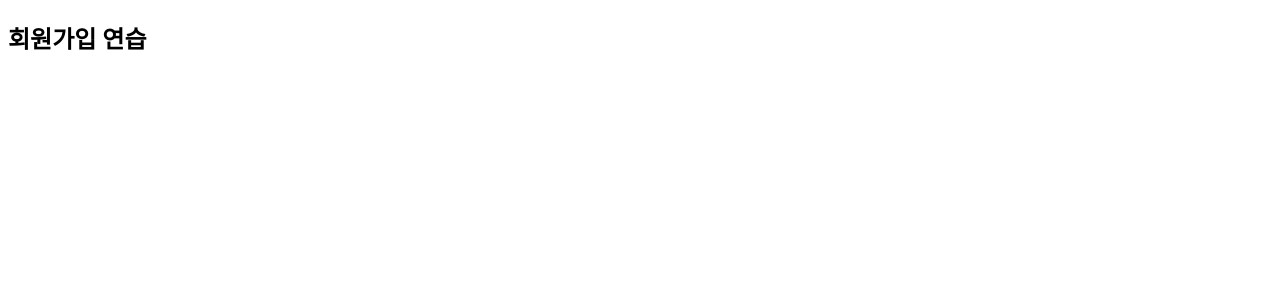
Repository: huntingforheat/JavaProject
Page: http://localhost/JDBC/join.jsp
An editor plug-in stored every save of this project. The page is shown before and after the next save, followed by the edit.
The browser window is 1280 px wide. The pictures show the whole page.
The page is served by Tomcat 9. Other server files are loaded and not shown.

Above is the page before, as saved 2024-04-11 04:11:42.

### JDBC/src/main/webapp/join.jsp
<%@ page language="java" contentType="text/html; charset=UTF-8"
    pageEncoding="UTF-8"%>
<!DOCTYPE html>
<html>
	<head>
		<meta charset="UTF-8">
		<title>join.jsp</title>
	</head>
	<body>
		<h2>회원가입 연습</h2>
		<form action="join_ok" method = "post">

		</form>
	</body>
</html>

After the next save:
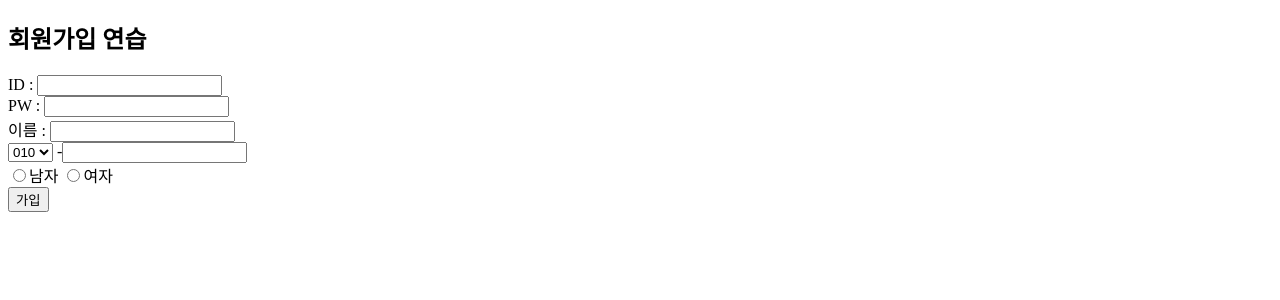
Saved 4 min 50 s later.
--- a/JDBC/src/main/webapp/join.jsp
+++ b/JDBC/src/main/webapp/join.jsp
@@ -9,7 +9,20 @@
 	<body>
 		<h2>회원가입 연습</h2>
 		<form action="join_ok" method = "post">
-
+			ID : <input type="text" name = "id" size = "20"><br>
+			PW : <input type = "password" name = "pw" size = "20"><br>
+			이름 : <input type = "text" name = "name" size = "20"><br>
+			<select name = "phone1">
+				<option>010</option>
+				<option>011</option>
+				<option>018</option>
+			</select>
+			-<input type = "text" name = "phone2">
+			<br>
+			<input type = "radio" name = "gender" value = "m">남자
+			<input type = "radio" name = "gender" value = "w">여자
+			<br>
+			<input type = "submit" value = "가입">
 		</form>
 	</body>
 </html>
